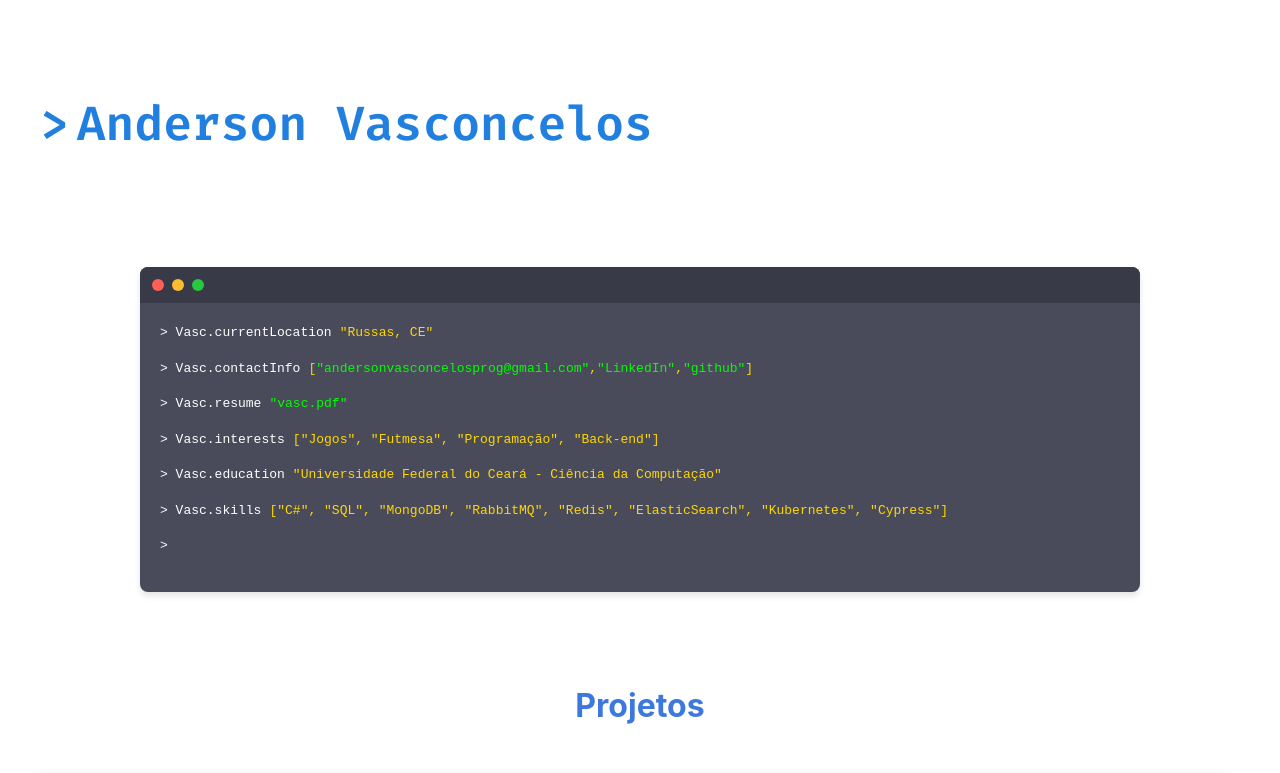
Repository: vascsx/portfolio_vascsx
Page: /
These files come from the project's save history. The page is drawn as it stood at one moment and after the next save; the edit follows.
The browser window is 1280 px wide. The pictures show the part of the page from y = 0 to 773 px (the page is 2201 px tall before and 2376 px after).
Pictures or frames that could not be fetched are drawn as grey boxes. The project was rebuilt for these pictures with package versions that can differ from the ones it lists, and the page was loaded fresh each time.

Above is the page before, as saved 2025-03-15 20:25:08.

### src/App.tsx
import Home from './components/Home';
import Resume from './components/Resume';
import Projects from './components/Projects';
import Contact from './components/Contact';
function App() {
  return (
    <div>
     <Resume />
      <Home />
      <Projects />
      <Contact/>
    </div>
  );
}

export default App;

### src/components/Home.tsx
import React from 'react';
import './Home.css';

const Home: React.FC = () => {
  return (
    <div className="terminal">
      <div className="terminal-header">
        <div className="dots">
          <div className="dot dot-red"></div>
          <div className="dot dot-yellow"></div>
          <div className="dot dot-green"></div>
        </div>
      </div>
      <div className="terminal-content">
        <div className="command-line">
          <span className="prompt">&gt; Vasc.currentLocation</span>
          <span className="output">"Russas, CE"</span>
        </div>
        <div className="command-line">
          <span className="prompt">&gt; Vasc.contactInfo</span>
          <span className="output">
            [
              <a href="mailto:andersonvasconcelosprog@gmail.com">"andersonvasconcelosprog@gmail.com"</a>,
              <a href="https://www.linkedin.com/in/andersonvasconcelos17/" target="_blank" rel="noopener noreferrer">"LinkedIn"</a>,
              <a href="https://github.com/vascsx" target="_blank" rel="noopener noreferrer">"github"</a>
            ]
          </span>
        </div>
        <div className="command-line">
          <span className="prompt">&gt; Vasc.resume</span>
          <span className="output">
            <a href="/path/to/vasc.pdf" target="_blank" rel="noopener noreferrer">"vasc.pdf"</a>
          </span>
        </div>
        <div className="command-line">
          <span className="prompt">&gt; Vasc.interests</span>
          <span className="output">["Jogos", "Futmesa", "Programação", "Back-end"]</span>
        </div>
        <div className="command-line">
          <span className="prompt">&gt; Vasc.education</span>
          <span className="output">"Universidade Federal do Ceará - Ciência da Computação"</span>
        </div>
        <div className="command-line">
          <span className="prompt">&gt; Vasc.skills</span>
          <span className="output">["C#", "SQL", "MongoDB", "RabbitMQ", "Redis", "ElasticSearch", "Kubernetes", "Cypress"]</span>
        </div>
        <div className="command-line">
          <span className="prompt-animation">&gt;</span>
        </div>
      </div>
    </div>
  );
};

export default Home;

### src/components/Resume.tsx
import React, { useEffect, useState } from 'react';
import { Link } from 'react-scroll';
import './Resume.css';

const Resume: React.FC = () => {
  const [text, setText] = useState('');
  const fullText = 'Annderson Vasconcelos';

  useEffect(() => {
    let index = 0;
    const interval = setInterval(() => {
      if (index < fullText.length) {
        setText((prev) => prev + fullText.charAt(index));
        index += 1;
      } else {
        clearInterval(interval);
      }
    }, 100);

    return () => clearInterval(interval);
  }, []);

  return (
    <div className="resume">
      <div className="resume-header">
        <h1 className="title">
          <span className="prompt-icon">&gt;</span>
          <span>{text}</span>
        </h1>
      </div>
    </div>
  );
};

export default Resume;

### src/components/Projects.tsx
import React from 'react';
import './Projects.css';
import { ReactComponent as GitHubIcon } from '../assets/images/github-svgrepo-com.svg';

interface Project {
  id: number;
  title: string;
  technologies: string[];
  sourceCode: string;
  githubRepo: string;
  videoUrl: string;
}

const projectsData: Project[] = [
  {
    id: 1,
    title: "Portfolio Vasc",
    technologies: ["Cypress", "TypeScript"],
    sourceCode: "https://github.com/username/vascsx",
    githubRepo: "https://github.com/username/vascsx",
    videoUrl: "https://www.youtube.com/embed/dQw4w9WgXcQ"
  },
  {
    id: 2,
    title: "Login",
    technologies: ["Cypress", "TypeScript"],
    sourceCode: "https://github.com/username/vascsx",
    githubRepo: "https://github.com/username/vascsx",
    videoUrl: "https://www.youtube.com/embed/dQw4w9WgXcQ"
  },
  {
    id: 3,
    title: "API Rest",
    technologies: ["Cypress", "TypeScript"],
    sourceCode: "https://github.com/username/vascsx",
    githubRepo: "https://github.com/username/vascsx",
    videoUrl: "https://www.youtube.com/embed/dQw4w9WgXcQ"
  }
];

const ProjectCard: React.FC<{ project: Project }> = ({ project }) => {
  return (
    <div className="project-card" id="projects">
      <div className="project-info">
        <h3>{project.title}</h3>
        <p>Descrição do projeto aqui.</p>
        <div className="tech-stack">
          {project.technologies.map((tech) => (
            <span key={tech} className="tech-tag">
              {tech}
            </span>
          ))}
        </div>
        <div className="project-buttons">
          <a
            href={project.sourceCode}
            className="btn-source"
            target="_blank"
            rel="noopener noreferrer"
          >
            Web
          </a>
          <a
            href={project.githubRepo}
            className="btn-github"
            target="_blank"
            rel="noopener noreferrer"
          >
            <GitHubIcon className="github-icon" />
          </a>
        </div>
      </div>
      <div className="project-video">
        <iframe
          src={project.videoUrl}
          title={project.title}
          frameBorder="0"
          allowFullScreen
        ></iframe>
      </div>
    </div>
  );
};

const Projects: React.FC = () => {
  return (
    <section className="projects">
      <h2>Projetos</h2>
      <div className="projects-grid">
        {projectsData.map((project) => (
          <ProjectCard key={project.id} project={project} />
        ))}
      </div>
    </section>
  );
};

export default Projects;

### src/components/Contact.tsx
import React from 'react';
import githubIcon from '../assets/images/github-svgrepo-com.svg';
import linkedinIcon from '../assets/images/linkedin-svgrepo-com.svg';
import './Contact.css';

const Contact: React.FC = () => {
  return (
    <div className="contact">
      <h2>Contatos</h2>
      <div className="icons">
        <a href="https://github.com/vascsx" target="_blank" rel="noopener noreferrer">
          <img src={githubIcon} alt="ícone do github" className="icon" />
        </a>
        <a href="https://www.linkedin.com/in/andersonvasconcelos17" target="_blank" rel="noopener noreferrer">
          <img src={linkedinIcon} alt="ícone do linkedin" className="icon" />
        </a>
      </div>
      <footer className="footer">
        <p>&copy; 2025 Todos os direitos reservados</p>
      </footer>
    </div>
  );
};

export default Contact;

### src/components/Home.css
.terminal {
  background-color: #494b5a;
  border-radius: 8px;
  width: 1000px;
  height: ;
  margin: 20px auto;
  font-family: monospace;
  box-shadow: 0 4px 6px rgba(0, 0, 0, 0.1);
}

.terminal-header {
  background-color: #383a47;
  padding: 12px;
  border-top-left-radius: 8px;
  border-top-right-radius: 8px;
}

.dots {
  display: flex;
  gap: 8px;
}

.dot {
  width: 12px;
  height: 12px;
  border-radius: 50%;
}

.dot-red {
  background-color: #ff5f56;
}

.dot-yellow {
  background-color: #ffbd2e;
}

.dot-green {
  background-color: #27c93f;
}

.terminal-content {
  padding: 20px;
  color: white;
}

.command-line {
  margin-bottom: 16px;
  line-height: 1.5;
}

.prompt {
  color: white;
  margin-right: 8px;
}

.prompt-animation {
  color: white;
  margin-right: 8px;
  animation: blink 1s infinite;
}

@keyframes blink {
  0% {
    opacity: 1;
  }
  50% {
    opacity: 0;
  }
  100% {
    opacity: 1;
  }
}

.output {
  color: #ffd700;
}

.output a {
  color: #00ff00;
  text-decoration: none;
}

.output a:hover {
  text-decoration: underline;
}

@media (max-width: 1200px) {
  .terminal {
    width: 90%;
    margin: 20px auto;
  }

  .terminal-header {
    padding: 10px;
  }

  .dots {
    gap: 6px;
  }

  .dot {
    width: 10px;
    height: 10px;
  }

  .terminal-content {
    padding: 16px;
  }
}

@media (max-width: 768px) {
  .terminal {
    width: 95%;
  }

  .terminal-header {
    padding: 8px;
  }

  .dots {
    gap: 5px;
  }

  .dot {
    width: 8px;
    height: 8px;
  }

  .terminal-content {
    padding: 12px;
  }

  .command-line {
    font-size: 0.9rem;
  }

  .prompt, .output {
    font-size: 0.9rem;
  }
}

@media (max-width: 480px) {
  .terminal {
    width: 100%;
    margin: 10px auto;
  }

  .terminal-header {
    padding: 6px;
  }

  .dots {
    gap: 4px;
  }

  .dot {
    width: 6px;
    height: 6px;
  }

  .terminal-content {
    padding: 8px;
  }

  .command-line {
    font-size: 0.85rem;
  }

  .prompt, .output {
    font-size: 0.85rem;
  }
}

### src/components/Resume.css
@import url('https://fonts.googleapis.com/css2?family=Fira+Code:wght@400;500;600&display=swap');

.resume-container {
  padding: 40px;
  max-width: 1200px;
  margin: 0 auto;
}

.resume-section {
  margin-bottom: 30px;
}

.resume-title {
  font-size: 24px;
  color: #333;
  margin-bottom: 20px;
  border-bottom: 2px solid #404040;
  padding-bottom: 10px;
}

.resume-content {
  line-height: 1.6;
}

.experience-item {
  margin-bottom: 20px;
}

.experience-title {
  font-size: 18px;
  font-weight: bold;
  color: #444;
}

.experience-company {
  color: #666;
  font-style: italic;
}

.experience-date {
  color: #888;
  font-size: 14px;
}

.experience-description {
  margin-top: 10px;
  color: #555;
}

.skills-list {
  display: flex;
  flex-wrap: wrap;
  gap: 10px;
}

.skill-item {
  background-color: #f0f0f0;
  padding: 5px 15px;
  border-radius: 15px;
  font-size: 14px;
  color: #444;
}

.resume {
  max-width: 1200px;
  margin: 0 auto;
  padding: 60px 20px;
}

.resume-header {
  margin-bottom: 24px;
}

.title {
  font-size: 48px;
  color: #2180df;
  font-family: 'Fira Code', monospace;
  display: flex;
  align-items: center;
  gap: 8px;
}

.prompt-icon {
  color: #2180df;
}

.cursor {
  width: 24px;
  height: 48px;
  background-color: #8b8eff;
  display: inline-block;
}


.description {
  font-size: 18px;
  color: #666;
  margin-bottom: 16px;
  line-height: 1.5;
}

.sub-description {
  font-size: 20px;
  color: #666;
}

.link {
  color: #8b8eff;
  text-decoration: none;
  transition: all 0.3s ease;
}

.link:hover {
  text-decoration: underline;
}

@media (max-width: 1200px) {
  .resume-container {
    padding: 30px;
  }

  .resume-title {
    font-size: 22px;
  }

  .resume-header {
    margin-bottom: 20px;
  }

  .title {
    font-size: 40px;
  }

  .description {
    font-size: 16px;
  }

  .sub-description {
    font-size: 18px;
  }

  .experience-title {
    font-size: 16px;
  }

  .experience-date {
    font-size: 13px;
  }

  .skills-list {
    gap: 8px;
  }

  .skill-item {
    font-size: 12px;
  }
}

@media (max-width: 768px) {
  .resume-container {
    padding: 20px;
  }

  .resume-title {
    font-size: 20px;
  }

  .title {
    font-size: 36px;
  }

  .description {
    font-size: 15px;
  }

  .sub-description {
    font-size: 18px;
  }

  .experience-title {
    font-size: 15px;
  }

  .experience-company {
    font-size: 13px;
  }

  .experience-date {
    font-size: 12px;
  }

  .skills-list {
    gap: 6px;
  }

  .skill-item {
    font-size: 11px;
  }
}

@media (max-width: 480px) {
  .resume-container {
    padding: 15px;
  }

  .resume-title {
    font-size: 18px;
  }

  .title {
    font-size: 32px;
  }

  .description {
    font-size: 14px;
  }

  .sub-description {
    font-size: 16px;
  }

  .experience-title {
    font-size: 14px;
  }

  .experience-company {
    font-size: 12px;
  }

  .experience-date {
    font-size: 11px;
  }

  .skills-list {
    gap: 5px;
  }

  .skill-item {
    font-size: 10px;
  }

  .link {
    font-size: 14px;
  }
}

### src/components/Projects.css
.projects {
  padding: 3rem 2rem;
  max-width: 1300px;
  margin: 0 auto;
}

.projects h2 {
  text-align: center;
  margin-bottom: 3rem;
  color: #3d78df;
  font-size: 2rem;
}

.projects-grid {
  display: grid;
  grid-template-columns: 1fr;
  gap: 2rem;
  margin: 0 auto;
  width: 100%;
}

.project-card {
  display: flex;
  flex-direction: row;
  gap: 2rem;
  border-radius: 8px;
  overflow: hidden;
  width: 100%;
  max-width: 1200px;
  box-shadow: 0 4px 10px rgba(0, 0, 0, 0.15);
  background-color: #fff;
}

.project-info {
  flex: 0 0 25%;
  padding: 1rem;
  display: flex;
  flex-direction: column;
  justify-content: flex-start;
  gap: 1.5rem;
  margin-left: 1.5rem;
  margin-top: 1rem;
}

.project-info h3 {
  margin-bottom: 1rem;
  font-size: 1.5rem;
  margin-top: 1rem;
}

.project-info p {
  margin-bottom: 1rem;
  color: #333;
}

.tech-stack {
  display: flex;
  justify-content: start;
  gap: 0.8rem;
  margin-bottom: 1.8rem;
  flex-wrap: wrap;
}

.tech-tag {
  background: rgba(255, 255, 255, 0.1);
  color: white;
  padding: 0.3rem 0.8rem;
  border-radius: 20px;
  font-size: 0.75rem;
  backdrop-filter: blur(4px);
}

.project-buttons {
  display: flex;
  gap: 1rem;
  margin-right: 1rem;
  align-items: center;
  justify-content: flex-start;
}

.btn-source {
  padding: 0.6rem 1.5rem;
  background: #3d78df;
  color: white;
  border-radius: 25px;
  text-decoration: none;
  font-size: 0.875rem;
  font-weight: 500;
  transition: all 0.2s ease;
}

.btn-source:hover {
  background: rgba(61, 120, 223, 0.9);
  transform: translateY(-2px);
}

.btn-github {
  display: inline-flex;
  align-items: center;
  padding: 0.6rem 1.5rem;
  background: #333;
  color: white;
  border-radius: 25px;
  text-decoration: none;
  font-size: 0.875rem;
  font-weight: 500;
  transition: all 0.2s ease;
}

.btn-github .github-icon {
  margin-right: 0.5rem;
  width: 20px;
  height: 20px;
}

.btn-github:hover {
  background: rgba(51, 51, 51, 0.8);
  transform: translateY(-2px);
}

.project-video {
  flex: 0 0 75%;
  width: 100%;
}

.project-video iframe {
  width: 100%;
  height: 350px;
  border-radius: 8px;
  object-fit: cover; /* Assegura que o vídeo cubra completamente a área do iframe sem distorção */
}

@media (max-width: 1024px) {
  .project-card {
    flex-direction: column;
  }

  .project-info {
    flex: 0 0 100%;
    padding: 1rem;
  }

  .project-video {
    height: 400px;
  }
}

@media (max-width: 640px) {
  .project-video {
    height: 300px;
  }

  .project-info {
    padding: 1rem;
    margin-top: 1.5rem;
  }
}

### src/components/Contact.css
/* Contact.css */
.contact {
  font-family: Arial, sans-serif;
  color: #000;
  padding: 20px;
  text-align: center;
}

.contact h2 {
  text-align: center;
  margin-bottom: 3rem;
  color: #3d78df;
  font-size: 2rem;
}



.icons {
  display: flex;
  justify-content: center;
  gap: 20px;
  margin-bottom: 20px;
}

.icons a {
  display: inline-block;
}

.icon {
  width: 40px;
  height: 40px;
  transition: transform 0.3s ease;
  animation: bounce 1.5s infinite;
}

.icon:hover {
  transform: scale(1.2);
}

@keyframes bounce {
  0%, 100% {
    transform: translateY(0);
  }
  50% {
    transform: translateY(-10px);
  }
}

.footer {
  font-size: 0.8em;
  color: #777;
  margin-top: 30px;
}

Loaded but not shown: public/index.html (common file); src/index.tsx (common file); src/index.css (common file); src/reportWebVitals.ts (common file)

After the next save:
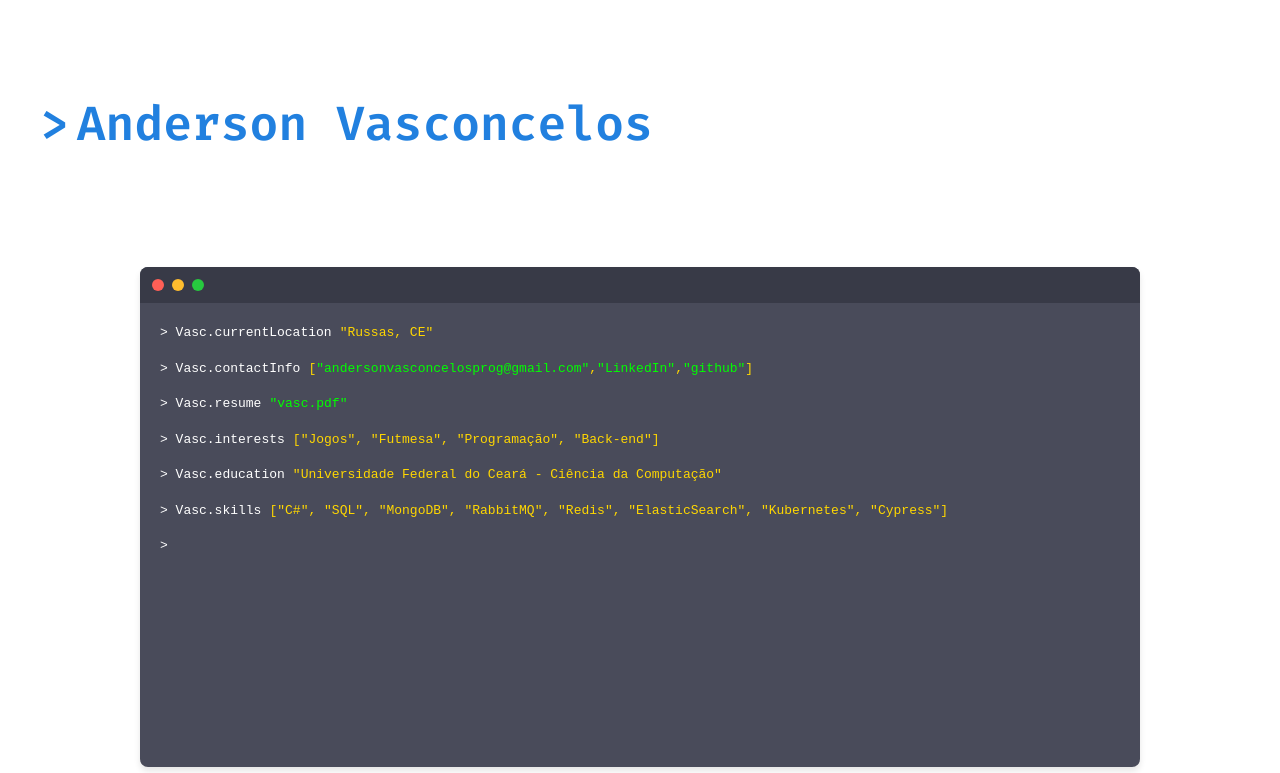
Saved 6 s later.
--- a/src/components/Home.css
+++ b/src/components/Home.css
@@ -2,7 +2,7 @@
   background-color: #494b5a;
   border-radius: 8px;
   width: 1000px;
-  height: ;
+  height: 500px;
   margin: 20px auto;
   font-family: monospace;
   box-shadow: 0 4px 6px rgba(0, 0, 0, 0.1);
